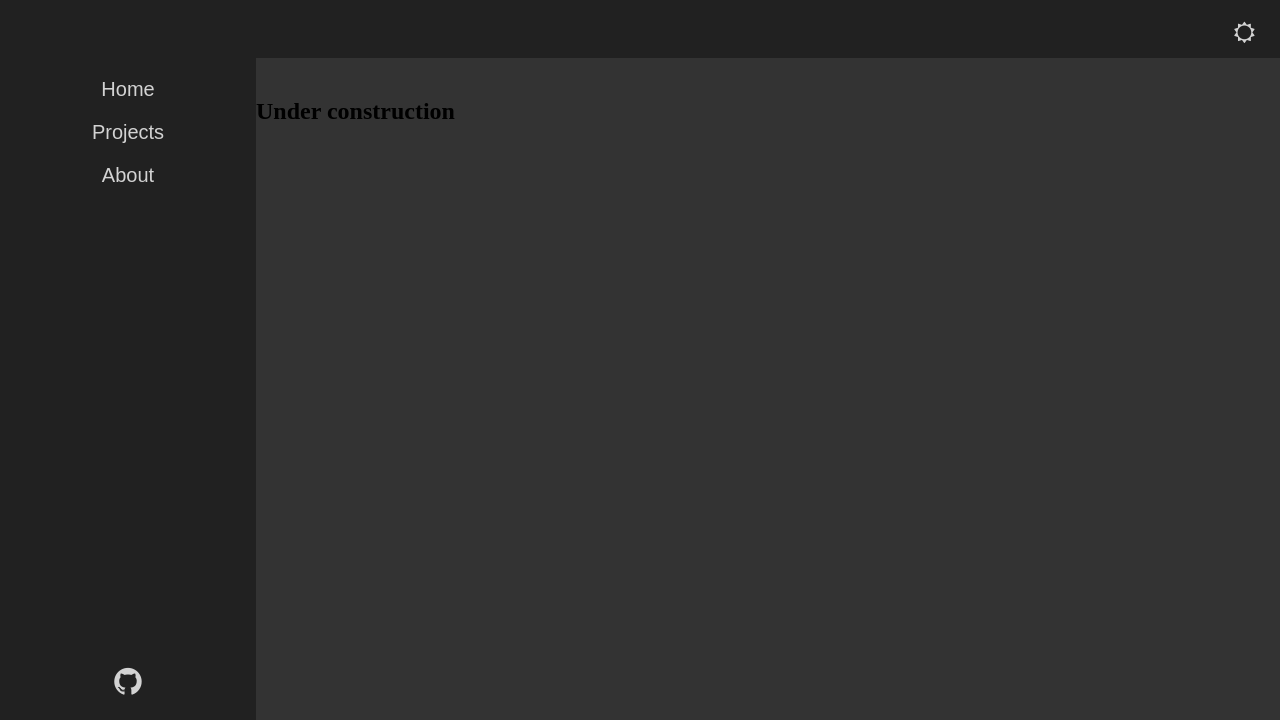
Repository: josephinel6/josephinel6.github.io
Page: index.html
These files come from the project's save history. The page is drawn as it stood at one moment and after the next save; the edit follows.
The browser window is 1280 px wide. The pictures show the whole page.

Above is the page before, as saved 2023-05-25 11:36:42.

### index.html
<!DOCTYPE html>
<html>

<head>
    <style>
        :root.light {
            --color-bg: #eeeff6;
            --color-menu-text: #4d4d4d;
            --color-page-bg: white;
            --color-obj-bg: #f1f2f3;
            --color-title-text: #4d4d4d;
            --color-gen-text: #4d4d4d;
            --color-menu-hover: darkgrey;
            --color-title-hover: darkgrey;
        }

        :root.dark {
            --color-bg: #212121;
            --color-menu-text: #D3D3D3;
            --color-page-bg: #333333;
            --color-obj-bg: #403f3f;
            --color-title-text: #D3D3D3;
            --color-gen-text: white;
            --color-menu-hover: grey;
            --color-title-hover: grey;
        }

        /* :root {
            --color-bg: black;
        } */

        html,
        body {
            height: 100%;
            width: 100%;
            overflow-x: hidden;

            margin: 0;
            position: relative;
            /* border-color: blue;
            border-radius: 10px;
            border-style: solid; */
            padding: 0;
        }

        #menu {
            height: 100%;
            width: 20%;
            position: absolute;
            z-index: 1;
            top: 0;
            bottom: 0;
            background-color: var(--color-bg);
        }

        #topbar {
            width: 100%;
            height: 8%;
            background-color: var(--color-bg);
            position: absolute;
        }

        .menutext {
            color: var(--color-menu-text);
            font-family: sans-serif;
            font-size: 20px;
        }

        .menutext:hover {
            cursor: pointer;
            color: var(--color-menu-hover);
        }

        .fa-github {
            color: var(--color-menu-text);
        }

        .fa-github:hover {
            color: var(--color-menu-hover);
        }

        .div.markdown-body {
            color: var(--color-gen-text) !important;
        }

        #window {
            background-color: var(--color-page-bg);
            position: absolute;
            height: 92%;
            overflow: hidden;
            width: 80%;
            right: 0;
            bottom: 0;
        }

        .markdownpg {
            color: white !important;
        }

        .tabcontent {
            height: 92vh;
            width: 80vw;
            position: relative;
            overflow-y: scroll;
            padding-top: 2%;
            overflo-
            /* padding-left: 2%;
            padding-right: 2%; */

            /* margin-top: 2.5%;
            margin-left: 2.5%; */
        }

        .projectbutton {
            padding-top: 1px;
            padding-bottom: 1px;
            width: 100%;
            margin-left: 2%;
            margin-right: 2%;
            margin-top: 1%;
            margin-bottom: 1%;
            position: relative;

            background-color: var(--color-obj-bg);
            border-radius: 10px;

            font-family: sans-serif;
            font-size: 30px;
        }

        .projectbutton:hover {
            cursor: pointer;
        }

        .projectbutton:hover>.projectbuttontitle {
            color: var(--color-title-hover);
        }

        .projectbutton:hover>.projectbuttondesc {
            color: var(--color-title-hover);
        }

        .projectbuttontitle {
            margin-left: 3%;
            margin-top: 3%;
            margin-bottom: -2%;
            font-size: 0.85em;
            color: var(--color-title-text);
        }

        #day-night {
            color: var(--color-menu-text);
            z-index: 2;
            position: absolute;
            top: 25px;
            right: 25px;
        }

        .projectbuttondesc {
            font-family: sans-serif;
            font-size: 16px;
            margin: 3%;
            color: var(--color-gen-text);
        }

        #day-night:hover {
            cursor: pointer;
            color: var(--color-menu-hover)
        }

        /* .fa-2x {
            height: 20px !important;
        } */
    </style>
    <link rel="stylesheet" href="https://cdnjs.cloudflare.com/ajax/libs/font-awesome/4.7.0/css/font-awesome.min.css">
    <script type="module" src="https://cdn.jsdelivr.net/gh/zerodevx/zero-md@2/dist/zero-md.min.js"></script>
    <script type="module" src="https://md-block.verou.me/md-block.js"></script>
    <script>
        window.ZeroMdConfig = {
            cssUrls: ['https://cdn.jsdelivr.net/gh/sindresorhus/github-markdown-css@4/github-markdown.min.css',
                'https://cdn.jsdelivr.net/gh/PrismJS/prism@1/themes/prism.min.css', "custom.css"]
        }
    </script>
</head>

<body>
    <div id="menu">
        <div style="position:absolute; top: 8%; width: 100%; text-align: center;">

            <p class="menutext" onclick="openpage('homepage')"> Home </p>
            <p class="menutext" onclick="openpage('projectbuttons')"> Projects </p>
            <p class="menutext" onclick="openpage('aboutpage')"> About </p>

        </div>

        <div style="position:absolute; bottom:3%; width: 100%; text-align: center;">
            <a href="https://github.com/josephinel6" class="fa fa-github fa-2x" style="text-decoration: none;"></a>
        </div>
    </div>
    <div id="topbar">
        <i onclick="daynight()" class="fa fa-sun-o fa-lg" id="day-night"></i>
    </div>
    <div id="window">
        <div id="homepage" class="tabcontent">
            <h2> Under construction </h2>
        </div>
        <div id="projectbuttons" class="tabcontent" style="margin-top: -1%">
            <div class="projectbutton" onclick="openpage('customAPI')">
                <h2 class="projectbuttontitle"> Custom API </h2>
                <p class="projectbuttondesc"> Lorem impsum </p>
            </div>
            <div class="projectbutton" onclick="openpage('bootstrapTest')">
                <h2 class="projectbuttontitle"> Responsiveness </h2>
                <p class="projectbuttondesc"> Lorem impsum </p>
            </div>
            <div class="projectbutton" onclick="openpage('makeupApi')">
                <h2 class="projectbuttontitle"> Makeup API </h2>
                <p class="projectbuttondesc"> Lorem impsum </p>
            </div>
            <div class="projectbutton" onclick="openpage('weatherAPI')">
                <h2 class="projectbuttontitle"> Weather API </h2>
                <p class="projectbuttondesc"> My first project with APIs. </p>
            </div>
        </div>
        <zero-md src="https://josephinel6.github.io/weatherAPI.md" class="tabcontent markdownpg" id="weatherAPI">

        </zero-md>
        <div class="tabcontent" id="aboutpage">
            <zero-md src="https://josephinel6.github.io/about.md" class="markdownpg"></zero-md>
        </div>
        <script>
            var night;

            tabcontent = document.getElementsByClassName("tabcontent");
            for (i = 0; i < tabcontent.length; i++) {
                tabcontent[i].style.display = "none";
            }

            window.onload = function () {
                var night = false;
                var night = true;
                document.documentElement.classList.remove("light")
                document.documentElement.classList.add("dark")
                window.localStorage.setItem('mode', 'dark');
                console.log("dark")
                document.getElementById("homepage").style.display = "block";
            }

            function openpage(pageName) {
                var i, tabcontent, tablinks;
                tabcontent = document.getElementsByClassName("tabcontent");
                for (i = 0; i < tabcontent.length; i++) {
                    tabcontent[i].style.display = "none";
                }
                tablinks = document.getElementsByClassName("tablink");
                for (i = 0; i < tablinks.length; i++) {
                    tablinks[i].style.backgroundColor = "";
                }
                document.getElementById(pageName).style.display = "block";

                document.body.scrollTop = 0;
                document.documentElement.scrollTop = 0;
            }

            function daynight() {
                var daynight = document.getElementById("day-night");
                if (night == true) {
                    daynight.classList.remove("fa-sun-o");
                    daynight.classList.add("fa-moon-o");
                    night = false;
                    document.documentElement.classList.remove("dark")
                    document.documentElement.classList.add("light")
                    window.localStorage.setItem('mode', 'light');
                }
                else {
                    daynight.classList.remove("fa-moon-o");
                    daynight.classList.add("fa-sun-o");
                    night = true;
                    document.documentElement.classList.remove("light")
                    document.documentElement.classList.add("dark")
                    window.localStorage.setItem('mode', 'dark');
                }
            }
        </script>

</body>

</html>

After the next save:
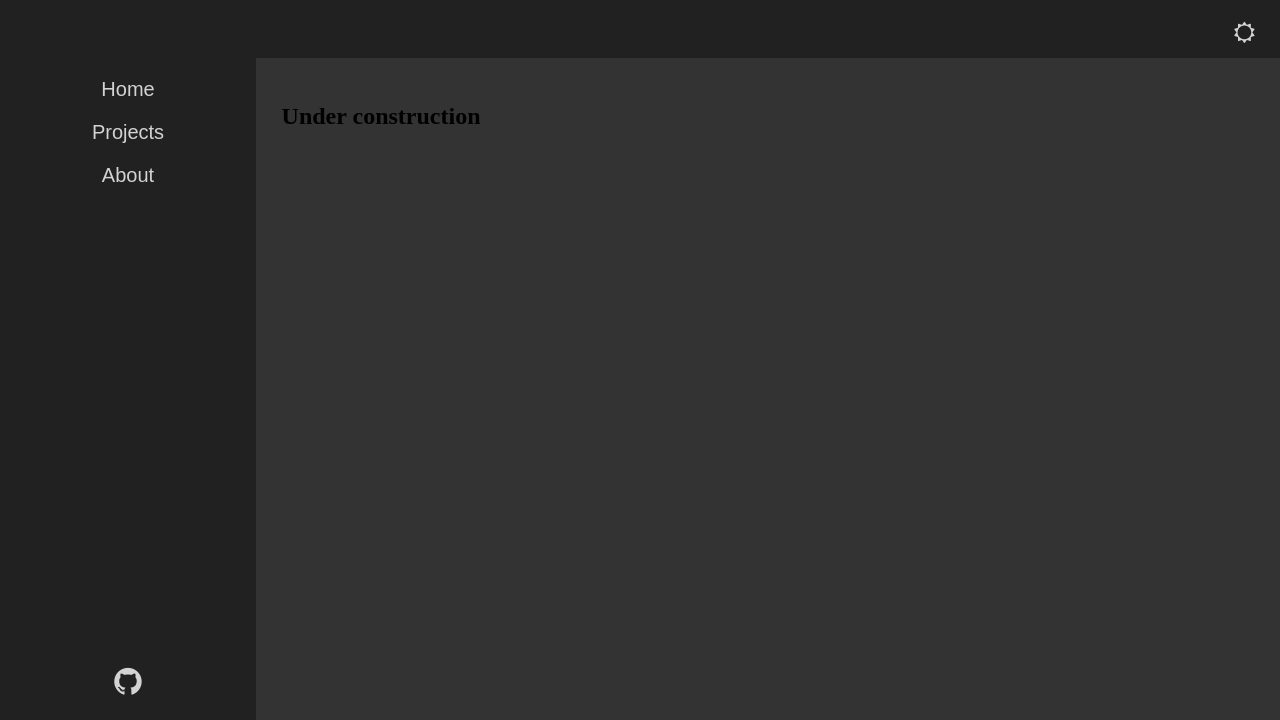
Saved 45 s later.
--- a/index.html
+++ b/index.html
@@ -98,32 +98,21 @@
         }
 
         .tabcontent {
-            height: 92vh;
-            width: 80vw;
+            height: 100%;
+            width: 78vw;
             position: relative;
             overflow-y: scroll;
-            padding-top: 2%;
-            overflo-
-            /* padding-left: 2%;
-            padding-right: 2%; */
-
+            padding: 2.5%;
             /* margin-top: 2.5%;
             margin-left: 2.5%; */
         }
 
         .projectbutton {
-            padding-top: 1px;
-            padding-bottom: 1px;
-            width: 100%;
-            margin-left: 2%;
-            margin-right: 2%;
-            margin-top: 1%;
-            margin-bottom: 1%;
-            position: relative;
-
+            /* height: 175px; */
+            width: 95%;
+            position: absolute;
             background-color: var(--color-obj-bg);
             border-radius: 10px;
-
             font-family: sans-serif;
             font-size: 30px;
         }
@@ -204,7 +193,7 @@
         <div id="homepage" class="tabcontent">
             <h2> Under construction </h2>
         </div>
-        <div id="projectbuttons" class="tabcontent" style="margin-top: -1%">
+        <div id="projectbuttons" class="tabcontent">
             <div class="projectbutton" onclick="openpage('customAPI')">
                 <h2 class="projectbuttontitle"> Custom API </h2>
                 <p class="projectbuttondesc"> Lorem impsum </p>
